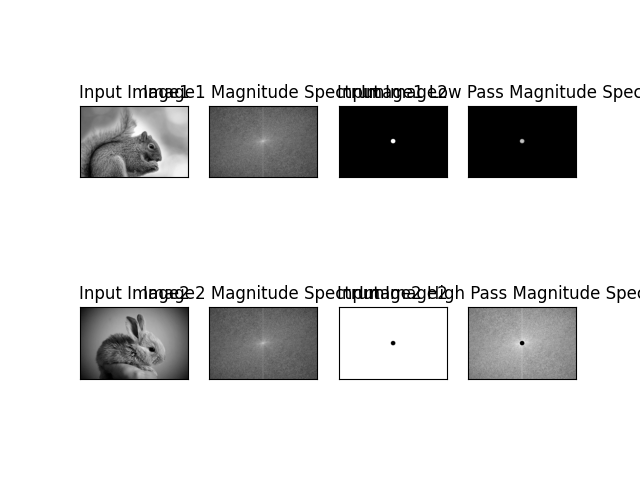
Repository: Yuer-yuan/CV
Script's output: python lab1-hybrid-image/gui/fft.py
An editor plug-in stored every save of this project. The script's output is shown before and after the next save, followed by the edit.
Each picture stacks the figures in order, with grey between them; figures that are only written to a file come last. Random numbers start from a fixed seed. It also reads lab1-hybrid-image/gui/res/bunny1.png, lab1-hybrid-image/gui/res/squirrel1.png.

Above is the script's output before, as saved 2023-03-26 19:51:47.

After the next save:
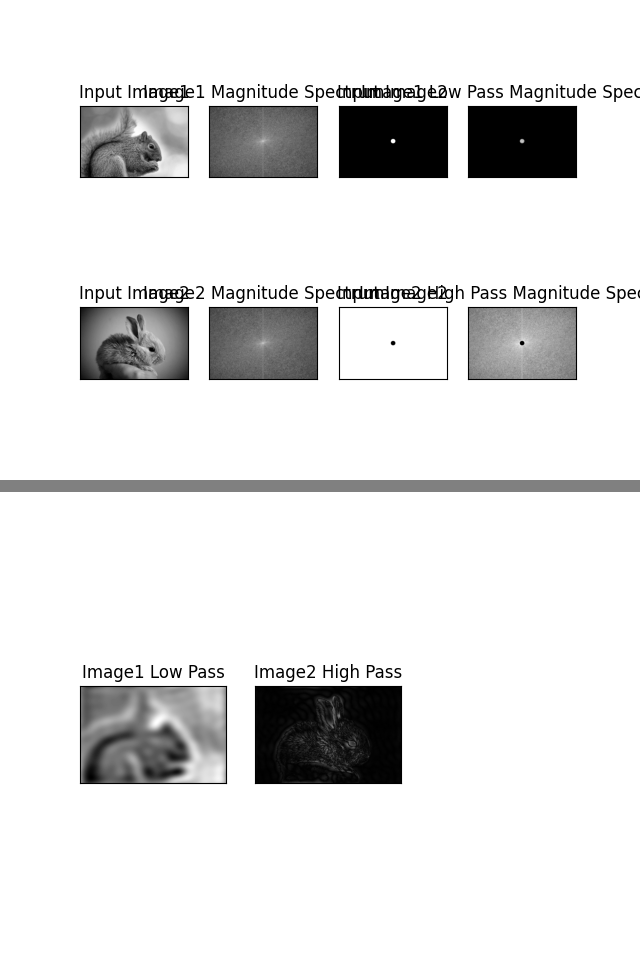
Saved 3 min 2 s later.
--- a/lab1-hybrid-image/gui/fft.py
+++ b/lab1-hybrid-image/gui/fft.py
@@ -78,6 +78,12 @@ def spectral_hybrid_image(image1, image2, d1, d2):
     plt.title('Image2 High Pass Magnitude Spectrum'), plt.xticks([]), plt.yticks([])
     plt.show()
 
+    plt.subplot(131), plt.imshow(np.abs(f1_filtered_ifft), cmap='gray')
+    plt.title('Image1 Low Pass'), plt.xticks([]), plt.yticks([])
+    plt.subplot(132), plt.imshow(np.abs(f2_filtered_ifft), cmap='gray')
+    plt.title('Image2 High Pass'), plt.xticks([]), plt.yticks([])
+    plt.show()
+
 
 if __name__ == '__main__':
     img1 = cv2.imread(pairs[pair_idx][0], 0)    # read as grayscale
